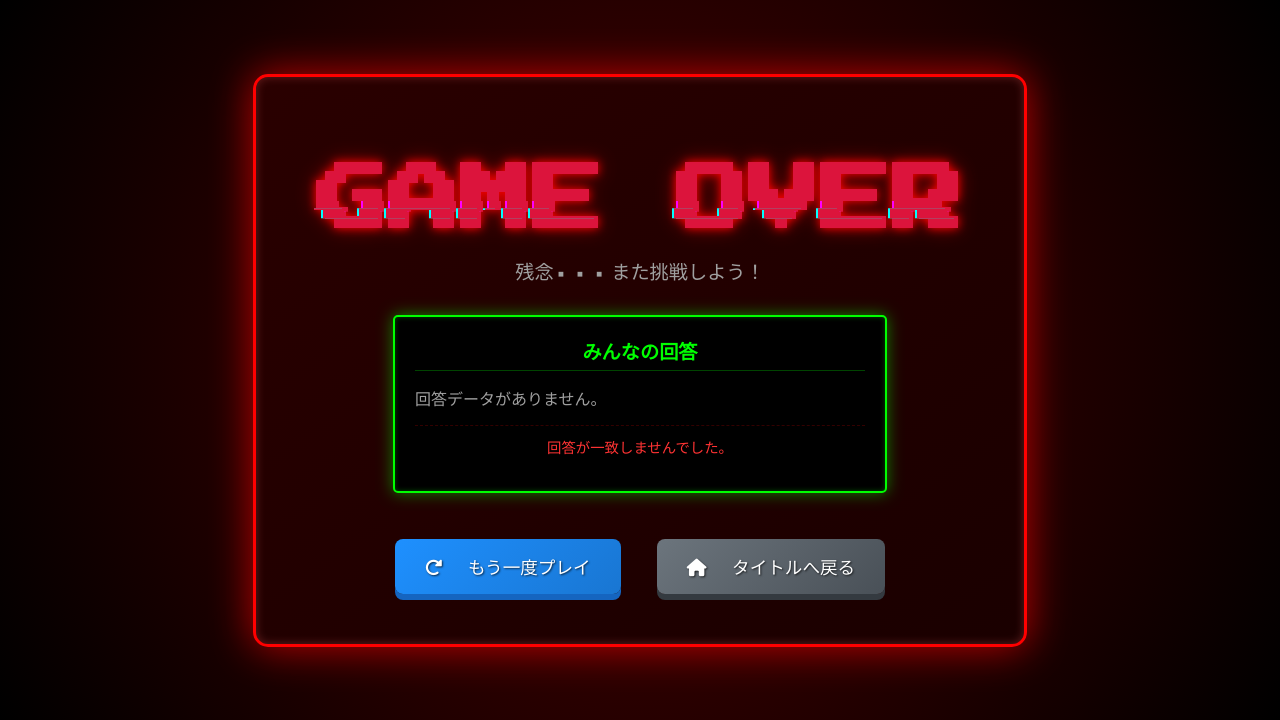
Repository: RM250501/demo
Page: Extenders/src/main/webapp/gameover.html
The author's editor kept a copy of each file at every save. The page is drawn from the files as they stood at one save, then again after the next save.
The browser window is 1280 px wide. The pictures show the whole page.

Above is the page before, as saved 2025-10-04 14:15:59.

After the next save:
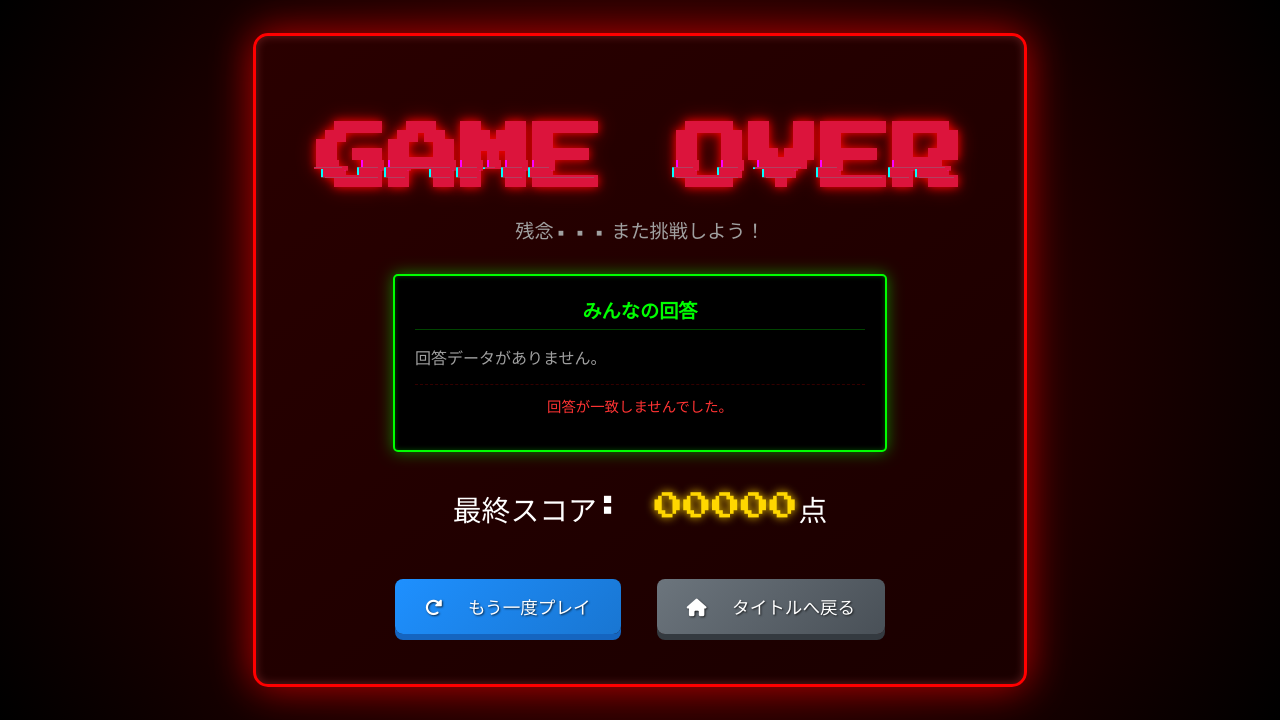
Saved 3 min 49 s later.
--- a/Extenders/src/main/webapp/gameover.html
+++ b/Extenders/src/main/webapp/gameover.html
@@ -4,9 +4,8 @@
 <head>
 	<meta charset="UTF-8">
 	<meta name="viewport" content="width=device-width, initial-scale=1.0">
-	<title>HINT GUESSER</title>
+	<title>ゲームオーバー</title>
 	<link rel="stylesheet" href="css/gameover.css">
-	<script src="js/jquery-2.1.4.min.js"></script>
 	<link href="https://fonts.googleapis.com/css2?family=Press+Start+2P&display=swap" rel="stylesheet">
 	<link rel="stylesheet" href="https://cdnjs.cloudflare.com/ajax/libs/font-awesome/6.0.0-beta3/css/all.min.css">
 </head>
@@ -23,9 +22,14 @@
 						class="player-answer-different">ねこ</span></li>
 				<li class="answer-item"><span class="player-name">あきら</span>: <span
 						class="player-answer-different">いぬ</span></li>
+				<li class="answer-item"><span class="player-name">まどか</span>: <span
+						class="player-answer-different">うさぎ</span></li>
+				<li class="answer-item"><span class="player-name">ゆうた</span>: <span
+						class="player-answer-different">ねこ</span></li>
 			</ul>
 			<p class="answers-footer">回答が一致しませんでした。</p>
 		</div>
+		<p class="score">最終スコア: <span id="final-score">00000</span>点</p>
 
 		<div class="button-group">
 			<button class="retry-button" onclick="location.href='title.html'">

After the 2 saves that followed:
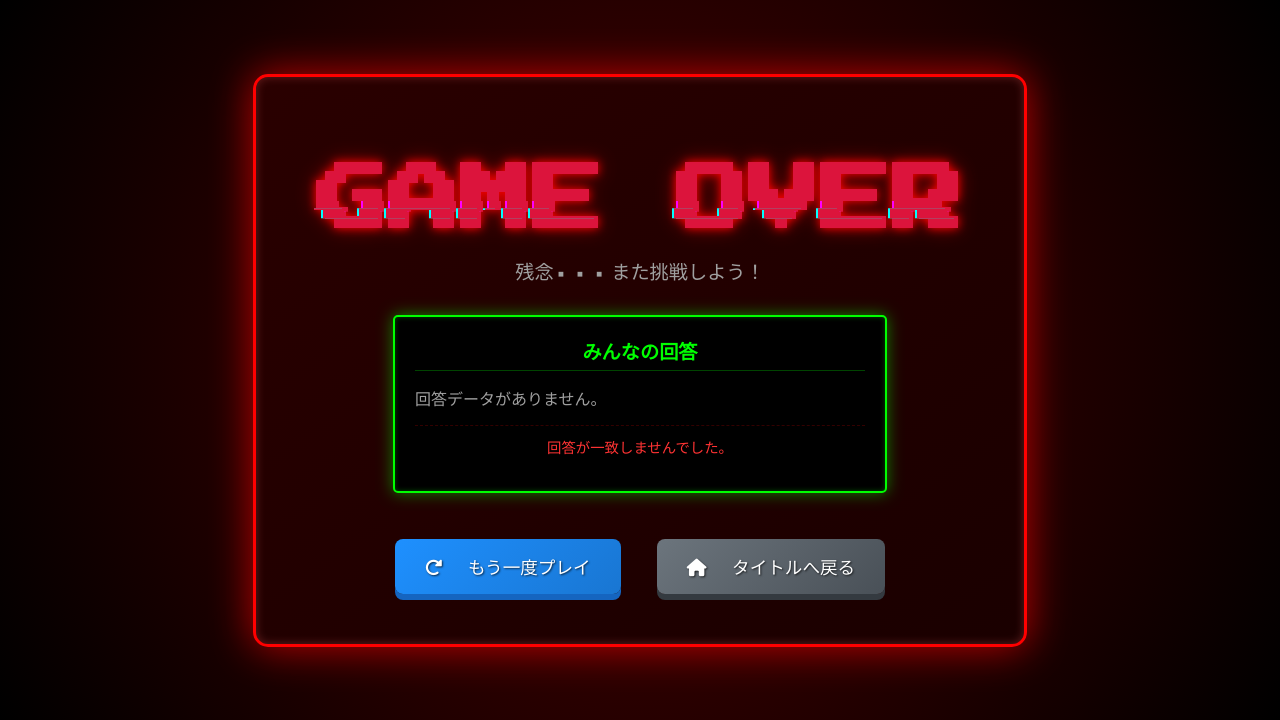
The 2 saves are shown as one change because 1 left the picture as it was.
The last was saved 100 s later.
--- a/Extenders/src/main/webapp/gameover.html
+++ b/Extenders/src/main/webapp/gameover.html
@@ -24,12 +24,9 @@
 						class="player-answer-different">いぬ</span></li>
 				<li class="answer-item"><span class="player-name">まどか</span>: <span
 						class="player-answer-different">うさぎ</span></li>
-				<li class="answer-item"><span class="player-name">ゆうた</span>: <span
-						class="player-answer-different">ねこ</span></li>
 			</ul>
 			<p class="answers-footer">回答が一致しませんでした。</p>
 		</div>
-		<p class="score">最終スコア: <span id="final-score">00000</span>点</p>
 
 		<div class="button-group">
 			<button class="retry-button" onclick="location.href='title.html'">
